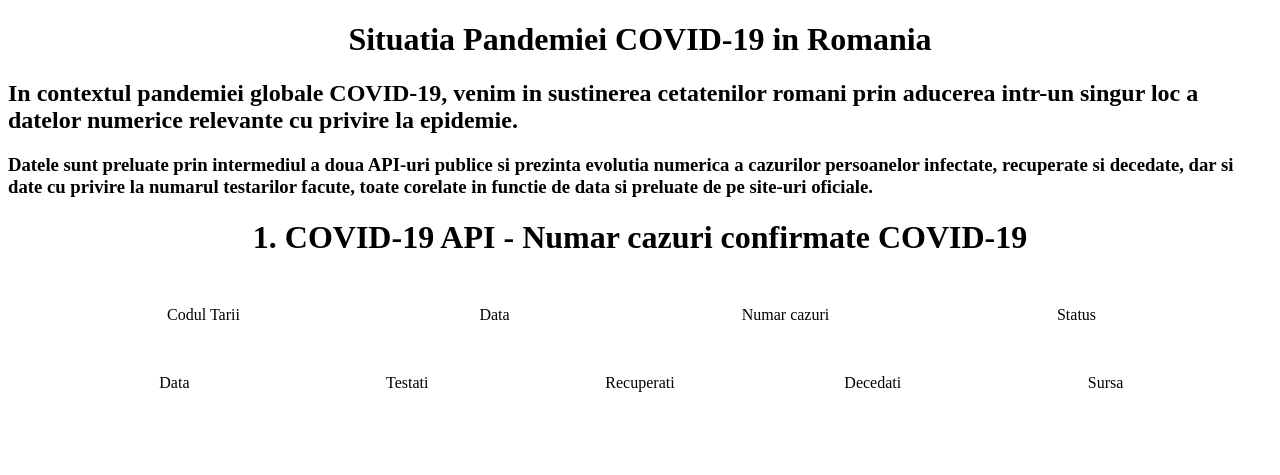
Repository: leonardpirlog/cc_2020_PL
Page: home.html
The author's editor kept a record of every edit. The page is drawn from the files as they stood at one moment, then again after the next edit.
The browser window is 1280 px wide. The pictures show the whole page.
The page's requests for data from a server got no answer.

Above is the page before.

### home.html
<!DOCTYPE html>
<html>
    <head>
       <script src="https://code.jquery.com/jquery-3.5.1.min.js"
       integrity="sha256-9/aliU8dGd2tb6OSsuzixeV4y/faTqgFtohetphbbj0="
       crossorigin="anonymous"></script>

       <script src="home_js.js"></script>
       <link rel="stylesheet" type="text/css" href="styles.css">
       <title>Situatia Pandemiei COVID-19 in Romania</title>
       <meta name="viewport" content="width=device-width, initial-scale=1.0">
    </head>
    <body>
        <div id="titlu" >
            <header>
                <h1 align=center>
                    Situatia Pandemiei COVID-19 in Romania
                </h1>
            </header>
        </div>
        <div>
            <h2 id="parag1">
                In contextul pandemiei globale COVID-19, venim in sustinerea cetatenilor
                romani prin aducerea intr-un singur loc a datelor numerice relevante cu privire la
                epidemie.
            </h2>
            <h3 id="parag2">
                Datele sunt preluate prin intermediul a doua API-uri publice si prezinta
                evolutia numerica a cazurilor persoanelor infectate, recuperate si decedate, dar
                si date cu privire la numarul testarilor facute, toate corelate in functie de data
                si preluate de pe site-uri oficiale.
            </h3>
            <h1 id="subtitlu" align=center><span>
               1. COVID-19 API - Numar cazuri confirmate COVID-19
               </span>
            </h1>
        </div>
        <div class="api1_data">
            <div id="api1_table" class="api_table">
                <div class="api_header">
                    <div>Codul Tarii</div>
                    <div>Data</div>
                    <div>Numar cazuri</div>
                    <div>Status</div>
                </div>
                <div class="api_body">

                </div>
            </div>
        </div>
        <div class="api2_data">
            <div id="api2_table" class="api_table">
                <div class="api_header">
                    <div>Data</div>
                    <div>Testati</div>
                    <div>Recuperati</div>
                    <div>Decedati</div>
                    <div>Sursa</div>
                </div>
                <div class="api_body">

                </div>
            </div>
        </div>
    </body>
</html>

### home_js.js
// JavaScript File
/*global$*/

document.addEventListener("DOMContentLoaded", function() {
    loadCovid19Data1("https://api.covid19api.com/country/romania/status/confirmed");
    loadCovid19Data2("https://api.apify.com/v2/datasets/n1XtXTelVG5dJhDhy/items?format=json&clean=1");
});

function loadCovid19Data1(url) {
    function manipulateDom(response) {
        for(const row of response) {
            insertTrToApi1Table(row);
        }
    }

    getDataFromRequest(url, manipulateDom);
}

function loadCovid19Data2(url) {
    function manipulateDom(response) {
        for(const row of response) {
            insertTrToApi2Table(row);
        }
    }

    getDataFromRequest(url, manipulateDom);
}

function getDataFromRequest(url, callback) {
    var xhttp = new XMLHttpRequest();
    xhttp.onreadystatechange = function() {
        if (this.readyState == 4 && this.status == 200) {
            callback(JSON.parse(xhttp.response));
        }
    };
    xhttp.open("GET", url, true);
    xhttp.send();
}

function insertTrToApi1Table(rowData) {
    const tbody = document.querySelector('#api1_table .api_body');
    let tr = document.createElement('div');
    tr.classList.add('api_row');
    let parsedDate =  new Date(rowData.Date);
    const ye = new Intl.DateTimeFormat('ro', { year: 'numeric' }).format(parsedDate);
    const mo = new Intl.DateTimeFormat('ro', { month: 'short' }).format(parsedDate);
    const da = new Intl.DateTimeFormat('ro', { day: '2-digit' }).format(parsedDate);
    const formattedDate = da + ' ' + mo + ' ' + ye;

    tr.innerHTML = `
        <div>${rowData.CountryCode}</div>
        <div>${formattedDate}</div>
        <div>${rowData.Cases}</div>
        <div>${rowData.Status}</div>
    `;
    tbody.append(tr);
}
function insertTrToApi2Table(rowData) {
   // console.log(rowData);
    const tbody = document.querySelector('#api2_table .api_body');
    let tr = document.createElement('div');
    tr.classList.add('api_row');
    let parsedDate =  new Date(rowData.lastUpdatedAtSource);
    const ye = new Intl.DateTimeFormat('ro', { year: 'numeric' }).format(parsedDate);
    const mo = new Intl.DateTimeFormat('ro', { month: 'short' }).format(parsedDate);
    const da = new Intl.DateTimeFormat('ro', { day: '2-digit' }).format(parsedDate);
    const formattedDate = da + ' ' + mo + ' ' + ye;

    tr.innerHTML = `
        <div>${formattedDate}</div>
        <div>${rowData.tested}</div>
        <div>${rowData.infected}</div>
        <div>${rowData.deceased}</div>
        <a href="${rowData.sourceUrl}">link</a>
    `;
    tbody.append(tr);
}

### styles.css
.api_header {
    display: flex;
}

.api1_data, .api2_data {
    margin: 50px;
}

.api_header div, .api_row div, .api_row a {
    flex: 1;
    display: flex;
    justify-content: center;
}

.api_body {
    display: flex;
    flex-direction: column;
    max-height: 500px;
    overflow: auto;
}

.api_row {
    display: flex;
    padding: 5px;
}

After the next edit:
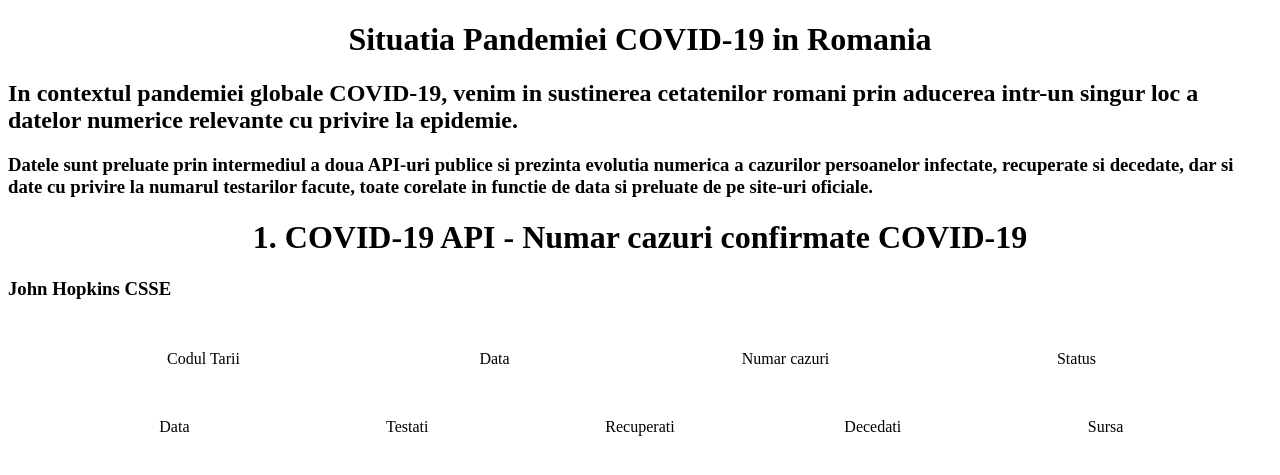
The edit:
--- a/home.html
+++ b/home.html
@@ -34,6 +34,9 @@
                1. COVID-19 API - Numar cazuri confirmate COVID-19
                </span>
             </h1>
+            <h3 id="subcov1">
+                John Hopkins CSSE
+            </h3>
         </div>
         <div class="api1_data">
             <div id="api1_table" class="api_table">
